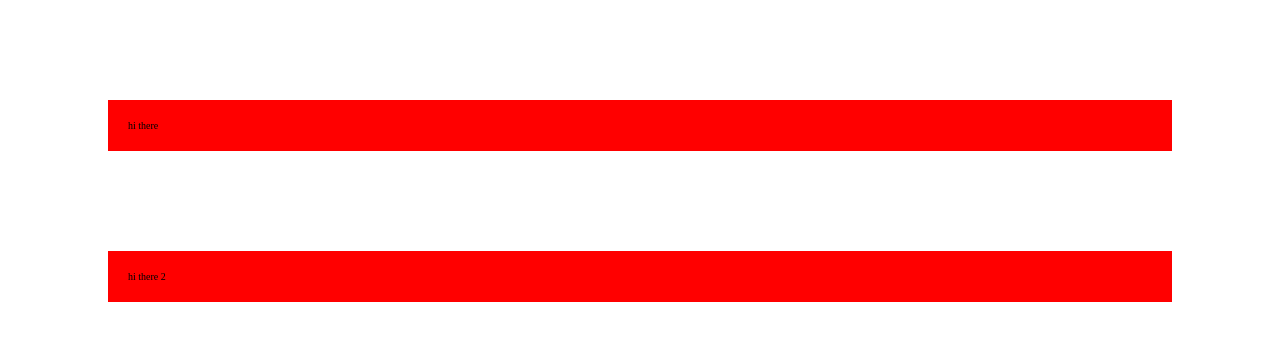
Repository: VISHALGUPTA100803/Harkirat_MERN
Page: Week 4/DOM_introduction/index.html
An editor plug-in stored every save of this project. The page is shown before and after a run of saves, followed by the edit.
The browser window is 1280 px wide. The pictures show the whole page.

Above is the page before, as saved 2024-03-12 00:33:07.

### Week 4/DOM_introduction/index.html
<html>
    <style>
        .container {
            background-color: red;
            font-size: 10;
            padding: 20;
            margin: 100;
        }
    </style>
    <body>
        <div class="container">
            hi there
        </div>
        <div class = "container">
            hi there 2
        </div>

    </body>
</html>

After the next 4 saves:
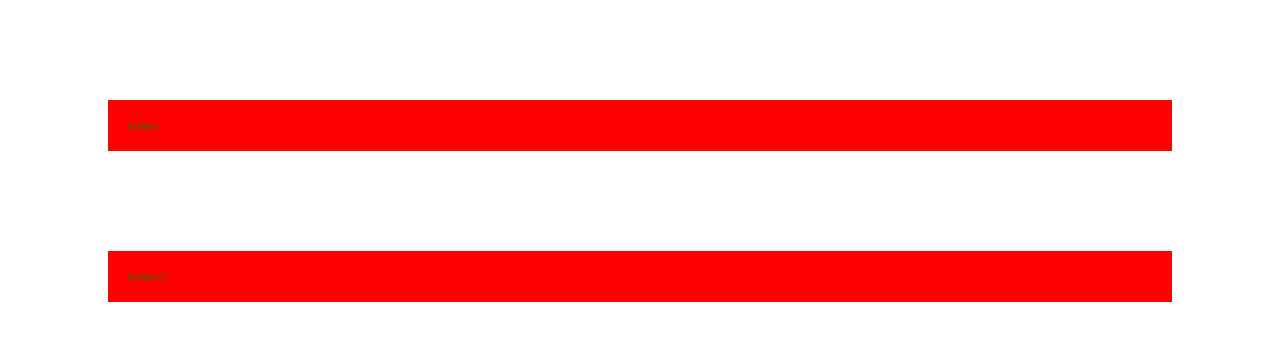
The 4 saves are shown as one change because they came seconds apart.
The last was saved 11 s later.
--- a/Week 4/DOM_introduction/index.html
+++ b/Week 4/DOM_introduction/index.html
@@ -5,6 +5,7 @@
             font-size: 10;
             padding: 20;
             margin: 100;
+            color: green;
         }
     </style>
     <body>
